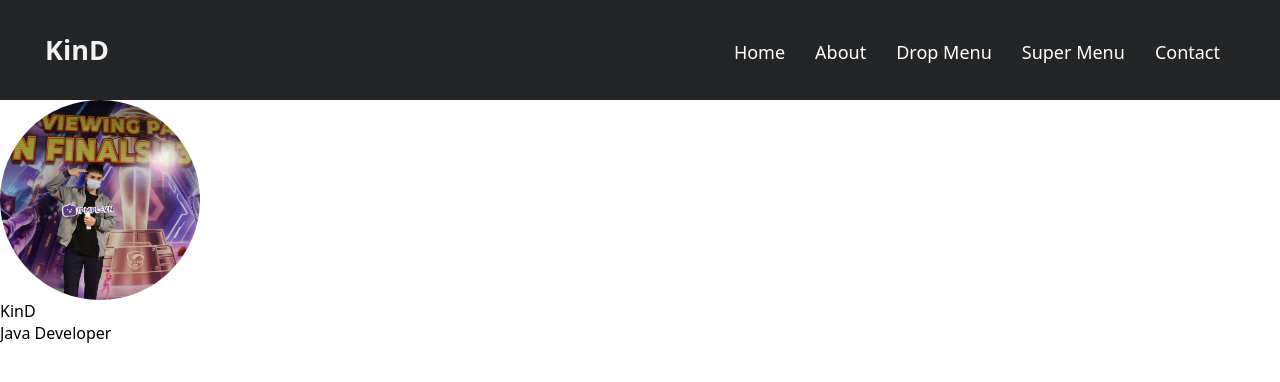
Repository: KinD2704/Web-University
Page: buổi 5/profile.html
These files come from the project's save history. The page is drawn as it stood at one moment and after the next save; the edit follows.
The browser window is 1280 px wide. The pictures show the whole page.

Above is the page before, as saved 2023-12-30 00:00:03.

### buổi 5/profile.html
<!DOCTYPE html>
<html lang="en">
    <head>
        <meta charset="UTF-8" />
        <meta name="viewport" content="width=device-width, initial-scale=1.0" />
        <title>Document</title>
        <link rel="stylesheet" href="styles.css" />
    </head>

    <body>
        <nav>
            <div class="wrapper">
                <div class="logo"><a href="#">KinD</a></div>
                <!-- MENU ben phai -->
                <ul class="nav-links">
                    <li>
                        <a href="#">Home</a>
                        <ul class="drop-menu">
                            <li><a href="#">Drop menu 1</a></li>
                            <li><a href="#">Drop menu 2</a></li>
                            <li><a href="#">Drop menu 3</a></li>
                            <li><a href="#">Drop menu 4</a></li>
                        </ul>
                    </li>
                    <li><a href="#">About</a></li>
                    <li>
                        <a href="#">Drop Menu</a>
                        <ul class="drop-menu">
                            <li><a href="#">Drop menu 1</a></li>
                            <li><a href="#">Drop menu 2</a></li>
                            <li><a href="#">Drop menu 3</a></li>
                            <li><a href="#">Drop menu 4</a></li>
                        </ul>
                    </li>
                    <li><a href="#">Super Menu</a></li>
                    <li><a href="#">Contact</a></li>
                </ul>
            </div>
        </nav>
        <section class="profile">
            <div class="info">
                <div class="logo">
                    <img src="in4.jpg" alt="" />
                </div>
                <p>KinD</p>
                <p>Java Developer</p>
            </div>
            <div class="favourite"></div>
        </section>
    </body>
</html>

### buổi 5/styles.css
* {
    margin: 0;
    padding: 0;
    box-sizing: border-box;
    font-family: system-ui, -apple-system, BlinkMacSystemFont, "Segoe UI",
        Roboto, Oxygen, Ubuntu, Cantarell, "Open Sans", "Helvetica Neue",
        sans-serif;
}
nav {
    background-color: #242526;
    position: fixed;
    z-index: 999;
    width: 100%;
    height: 100px;
    line-height: 100px;
}
nav .wrapper {
    max-width: 1250px;
    padding: 0 30px;
    margin: auto;
    display: flex;
    justify-content: space-between;
    align-items: center;
}
.wrapper .logo a {
    color: #f2f2f2;
    text-decoration: none;
    font-size: 27px;
    font-weight: 700;
}
.wrapper .nav-links {
    display: inline-flex;
}
.nav-links li {
    list-style-type: none;
}
.nav-links li a {
    color: white;
    text-decoration: none;
    font-size: 18px;
    font-weight: 500;
    padding: 9px 15px;
    border-radius: 5px;
    transition: 0.5s ease-in-out;
}
.nav-links li a:hover {
    background-color: #3a3b3c;
}
.nav-links .drop-menu {
    position: absolute;
    background-color: #242526;
    width: 180px;
    top: 85px;
    line-height: 45px;
    opacity: 0;
    visibility: hidden;
}
.drop-menu li a {
    width: 100%;
    display: block;
    padding: 0 0 0 15px;
    font-weight: 400;
    border-radius: 0px;
}
.nav-links li:hover .drop-menu {
    top: 65px;
    opacity: 1;
    visibility: visible;
    transition: 0.5s;
}

.profile {
    display: flex;
    justify-content: space-between;
    padding-top: 100px;
    width: 100%;
    height: 100vh;
}
.profile .info .logo {
    width: 200px;
    height: 200px;
}
.profile .info .logo img {
    border-radius: 50%;
    width: 100%;
    object-fit: cover;
}

After the next save:
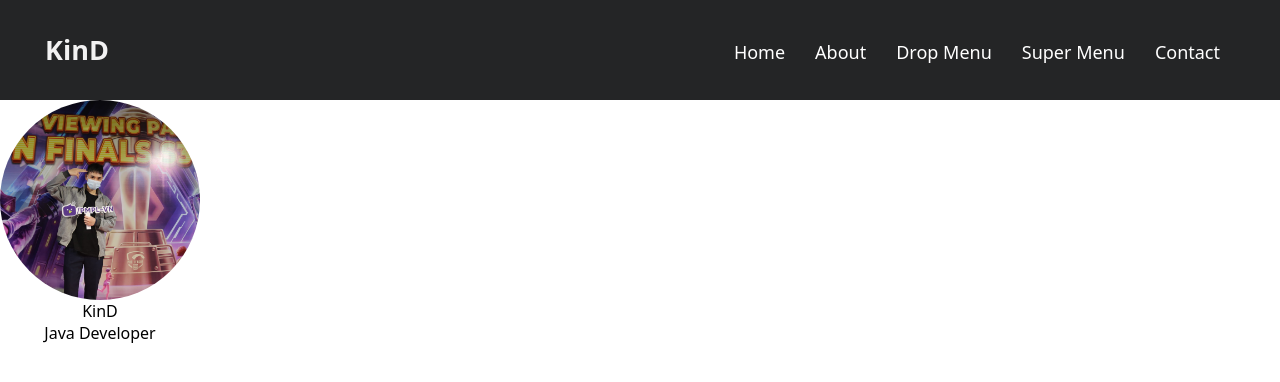
Saved 53 s later.
--- a/buổi 5/profile.html
+++ b/buổi 5/profile.html
@@ -42,8 +42,8 @@
                 <div class="logo">
                     <img src="in4.jpg" alt="" />
                 </div>
-                <p>KinD</p>
-                <p>Java Developer</p>
+                <p class="infoMe">KinD</p>
+                <p class="infoMe">Java Developer</p>
             </div>
             <div class="favourite"></div>
         </section>
--- a/buổi 5/styles.css
+++ b/buổi 5/styles.css
@@ -85,3 +85,6 @@ nav .wrapper {
     width: 100%;
     object-fit: cover;
 }
+.profile .info .infoMe {
+    text-align: center;
+}
